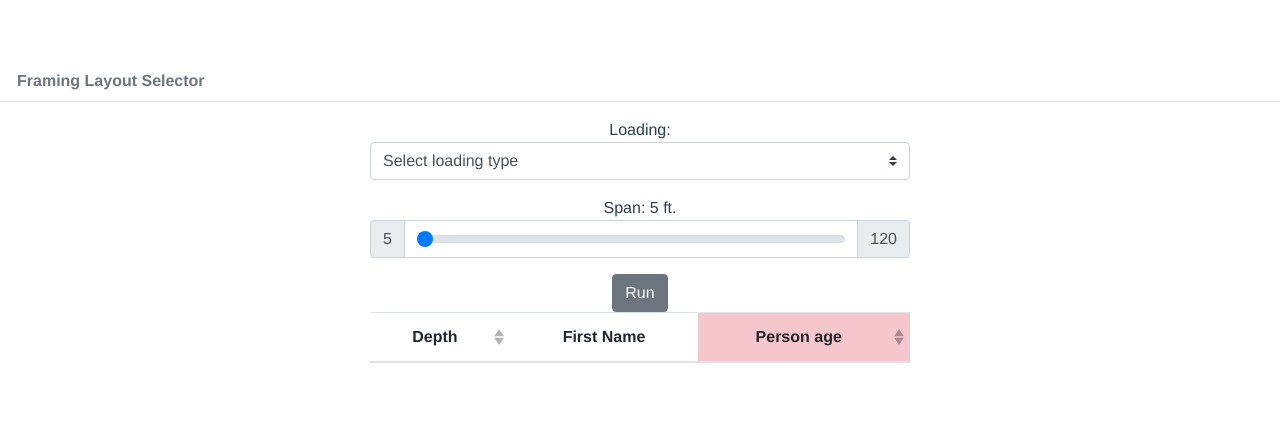
Repository: kanwarjohal/framingconceptclient
Page: /
These files come from the project's save history. The page is drawn as it stood at one moment and after a run of saves; the edit follows.
The browser window is 1280 px wide. The pictures show the whole page.
The page's requests for data from a server got no answer. The project was rebuilt for these pictures with package versions that can differ from the ones it lists, and the page was loaded fresh each time. No one was signed in, and anything a server would have sent is missing.

Above is the page before, as saved 2020-04-10 01:25:08.

### src/main.js
import Vue from 'vue'
import App from './App.vue'
import { BootstrapVue} from 'bootstrap-vue'
import 'bootstrap/dist/css/bootstrap.css'
import 'bootstrap-vue/dist/bootstrap-vue.css'
import axios from 'axios'
import VueAxios from 'vue-axios'

// Install BootstrapVue
Vue.use(BootstrapVue)
Vue.prototype.$http = axios

Vue.config.productionTip = false

new Vue({
  render: h => h(App),
}).$mount('#app')

### src/components/Header.vue
<template>
    <div>
        <b-nav tabs>
            <b-nav-item disabled><b>Framing Layout Selector</b></b-nav-item>
        </b-nav>
    </div>
</template>

### src/components/LoadingType.vue


<template>
<div>
    <!-- <div class="mt-3">Building Type:</div>
    <div>
    <b-form-select v-model="selected_building">
        <option value="Select building">Select building type.</option>
        <option :value="l.loading_type" v-for="l in firstliveload" :key="l.loading">{{l.loading_type}}</option>
    </b-form-select>
    </div> -->
    <div class="mt-3">Loading:</div>
    <div>
    <b-form-select v-model="selected_loading">
        <option value="Select loading">Select loading type</option>
        <option :value="[l.occupancy, l.use, l.uniformloadpsf]" v-for="l in firstliveload">{{l.occupancy +" "+ l.use +" : "+ l.uniformloadpsf}} psf </option>
    </b-form-select>
    </div>
    <div class="mt-3">Span: {{ input_span }} ft.</div>
    <!-- <div id="app">
        <input id="my-field" v-model="input_span">
    </div> -->
    <div>
        <b-input-group prepend="5" append="120">
        <b-form-input type="range" min="5" max="120" v-model="input_span"></b-form-input>
        </b-input-group>
    </div>
    <div class="mt-3">
        <b-button v-on:click="postPost">Run</b-button>
    </div>
    <div>
    <b-table striped hover :items="hollowcoreitems" :fields="fields"></b-table>
    </div>
</div>
</template>


<script>
import axios from 'axios'
    export default {
        data(){
                return{selected_loading:"Select loading",
                selected_building:"Select building",
                input_span:"5", hollowcoreitems:[],
                fields: [
                {
                key: 'depth',
                sortable: true
                },
                {
                key: 'first_name',
                sortable: false
                },
                {
                key: 'age',
                label: 'Person age',
                sortable: true,
                // Variant applies to the whole column, including the header and footer
                variant: 'danger'
                }
                ],
                }
        },
        props: {
            firstliveload: Array
        },
        methods: {
            postPost: function() {
                axios({
                    method: 'post',
                    url: 'https://strukanwar.herokuapp.com/framingrequest',
                    data: { userinput: this.selected_loading,
                            span: this.input_span
                    }
                }).then((response) => {
                    console.log(response.data)
                    this.hollowcoreitems = response.data
                })
            }
        }
    }
</script>

//    .then((response) => {
//                 return response.json()
//             })
//             .then((jsonData) => {
//                 this.framingresponse = jsonData.framingresponse;
//             })

Loaded but not shown: public/index.html (common file); src/App.vue (common file)

After the next 2 saves:
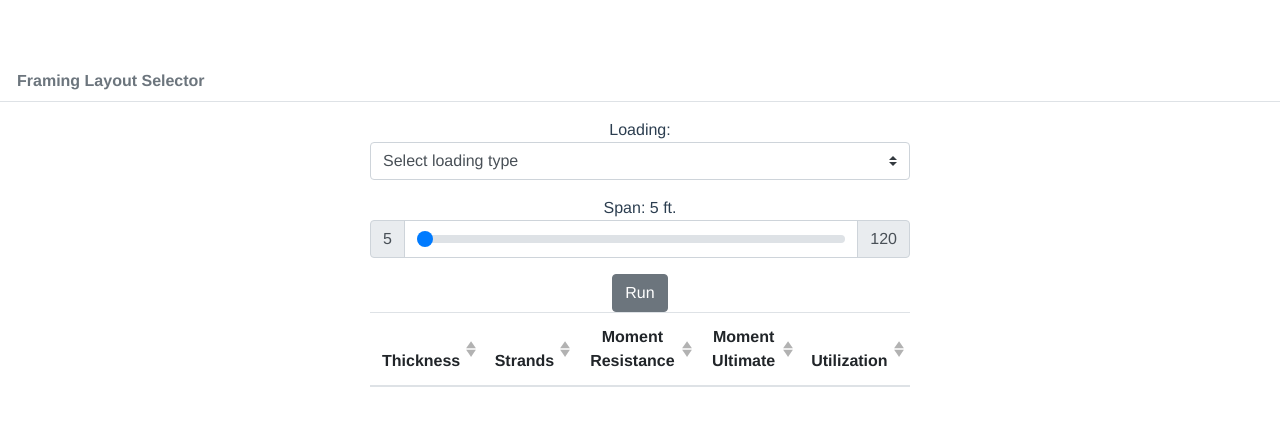
The 2 saves are shown as one change because 1 did not build or start.
The last was saved 2 min 37 s later.
--- a/src/components/LoadingType.vue
+++ b/src/components/LoadingType.vue
@@ -45,19 +45,29 @@ import axios from 'axios'
                 fields: [
                 {
                 key: 'depth',
+                label: 'Thickness',
                 sortable: true
                 },
                 {
-                key: 'first_name',
-                sortable: false
+                key: 'strands13mm',
+                label: 'Strands',
+                sortable: true
                 },
                 {
-                key: 'age',
-                label: 'Person age',
+                key: 'mr',
+                label: 'Moment Resistance',
                 sortable: true,
-                // Variant applies to the whole column, including the header and footer
-                variant: 'danger'
-                }
+                },
+                {
+                key: 'mu',
+                label: 'Moment Ultimate',
+                sortable: true
+                },
+                {
+                key: 'utilization',
+                label: 'Utilization',
+                sortable: true
+                },
                 ],
                 }
         },
